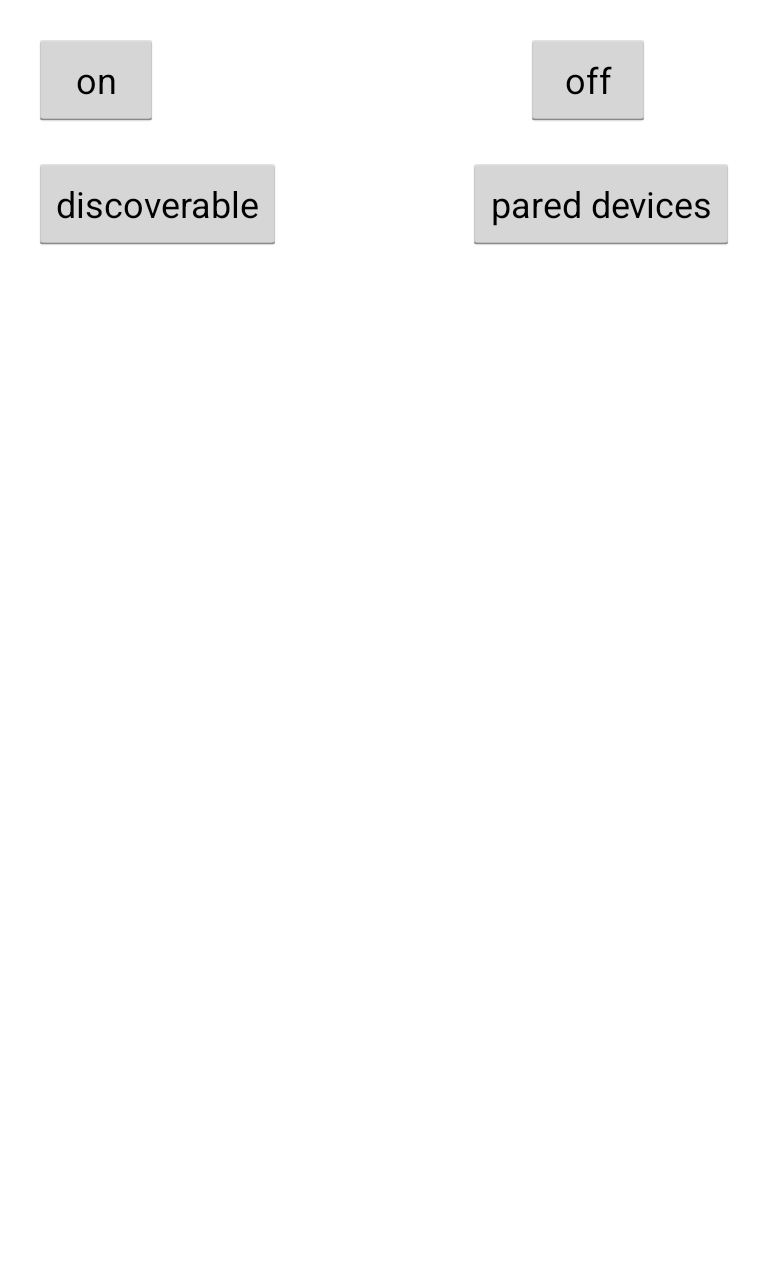
Repository: arjuntheprogrammer/iact
Layout: iact/iact android practice/mywork/Bluetooth/res/layout/activity_main.xml
The author's editor kept a copy of each file at every save. The layout is drawn from the files as they stood at one save, then again after the next save.
It is drawn on a 768 x 1280 px phone screen (xhdpi) without system bars, with theme AppTheme; the app's code is not run. Lists and similar views that code fills are empty.

Above is the layout before, as saved 2016-01-02 20:27:14.

After the next save:
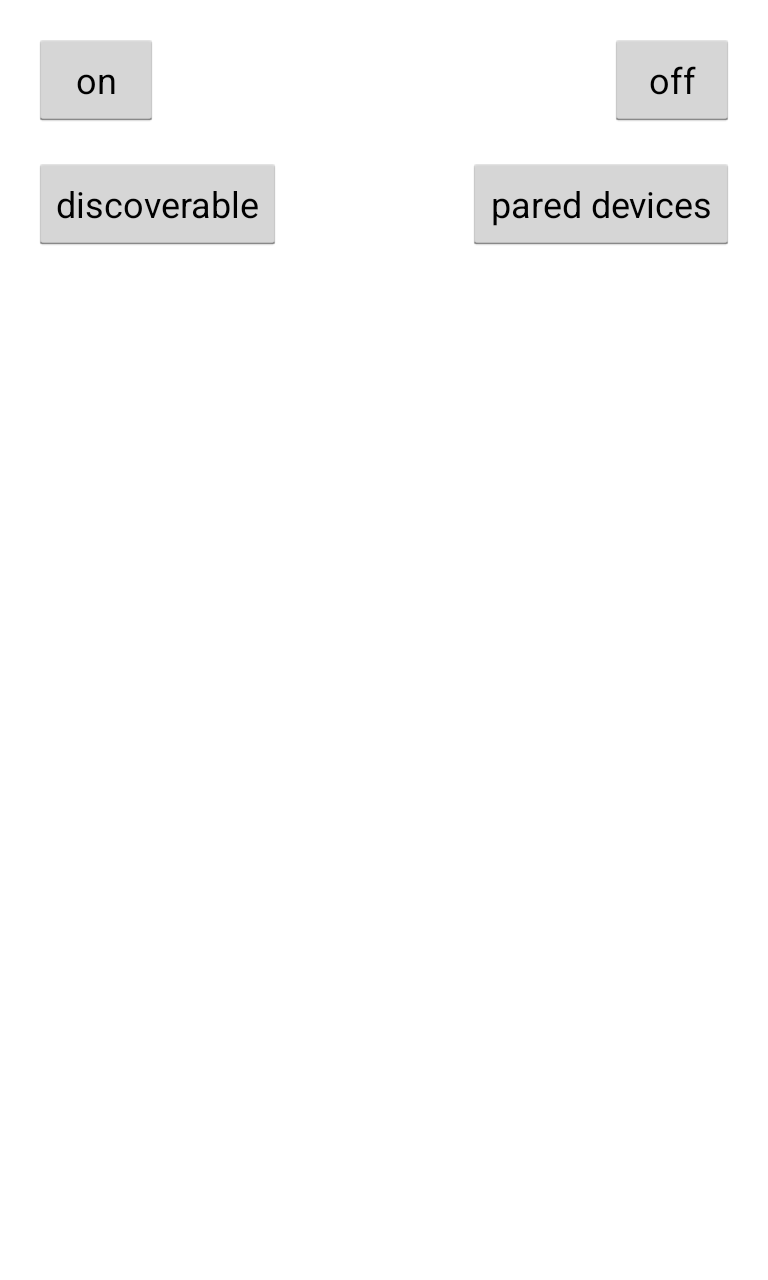
Saved 65 s later.
--- a/iact/iact android practice/mywork/Bluetooth/res/layout/activity_main.xml
+++ b/iact/iact android practice/mywork/Bluetooth/res/layout/activity_main.xml
@@ -44,21 +44,21 @@
         android:text="" />
 
     <Button
-        android:id="@+id/button4"
-        android:layout_width="wrap_content"
-        android:layout_height="wrap_content"
-        android:layout_alignTop="@+id/button2"
-        android:layout_toLeftOf="@+id/textView1"
-        android:text="pared devices" />
-
-    <Button
         android:id="@+id/button3"
         android:layout_width="wrap_content"
         android:layout_height="wrap_content"
         android:layout_alignBaseline="@+id/button1"
         android:layout_alignBottom="@+id/button1"
-        android:layout_alignLeft="@+id/button4"
-        android:layout_marginLeft="29dp"
+        android:layout_alignRight="@+id/button4"
         android:text="off" />
 
+    <Button
+        android:id="@+id/button4"
+        android:layout_width="wrap_content"
+        android:layout_height="wrap_content"
+        android:layout_alignBaseline="@+id/button2"
+        android:layout_alignBottom="@+id/button2"
+        android:layout_alignRight="@+id/textView1"
+        android:text="pared devices" />
+
 </RelativeLayout>
